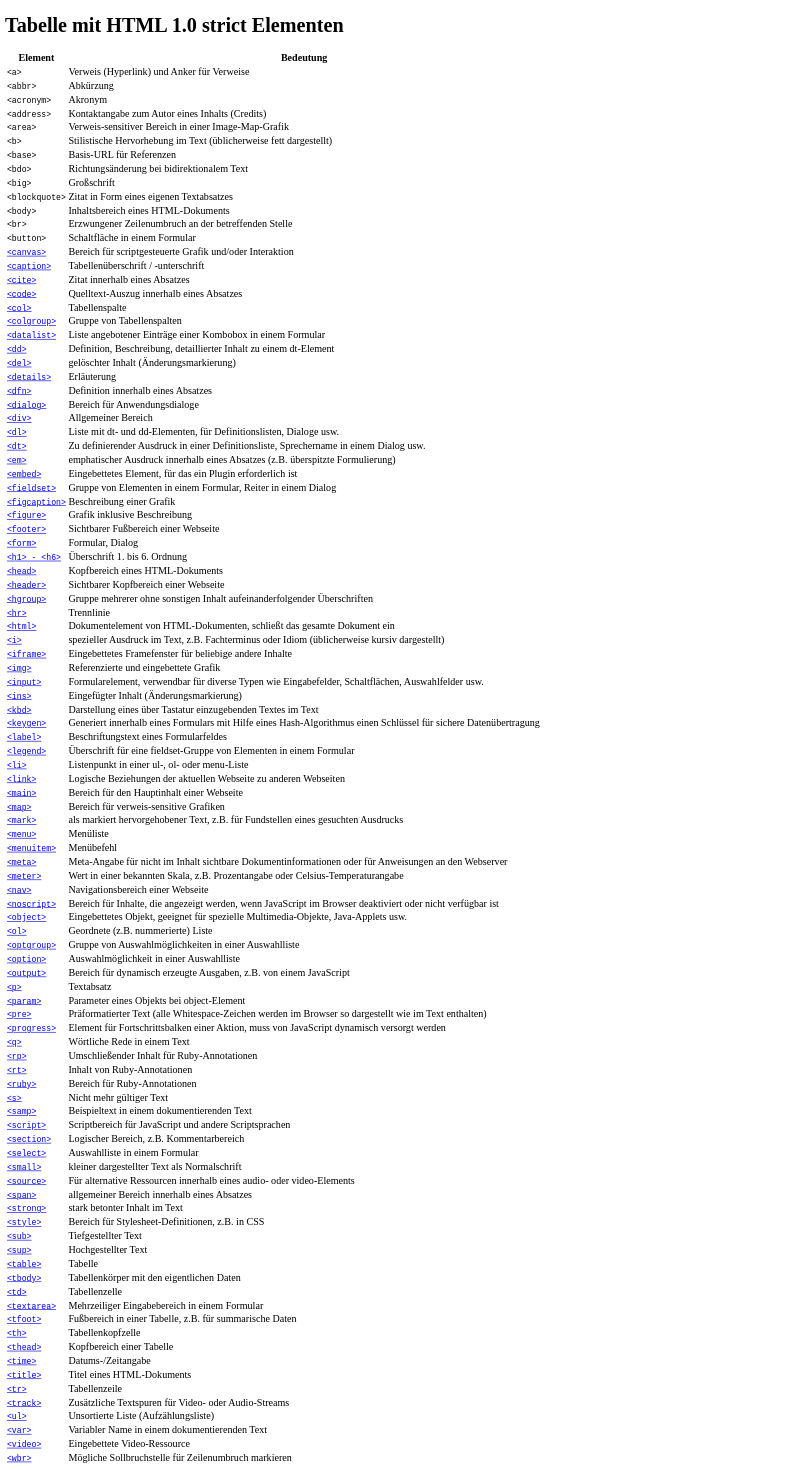
Repository: pLurchi/MyWebengineeringRepo
Page: RemoteSystemsTempFiles/HA-Kapitel06/WebContent/index.html
These files come from the project's save history. The page is drawn as it stood at one moment and after the next save; the edit follows.
The browser window is 1280 px wide. The pictures show the whole page, at 63% of full size.

Above is the page before, as saved 2013-11-28 16:58:28.

### RemoteSystemsTempFiles/HA-Kapitel06/WebContent/index.html
<?xml version="1.0" encoding="UTF-8" ?>
<!DOCTYPE html PUBLIC "-//W3C//DTD XHTML 1.0 Strict//EN" "http://www.w3.org/TR/xhtml1/DTD/xhtml1-strict.dtd">
<html xmlns="http://www.w3.org/1999/xhtml">
<head>
<meta http-equiv="Content-Type" content="text/html; charset=UTF-8" />
<title>HA-Kapitel06</title>
</head>
<body>

	<h1>Tabelle mit HTML 1.0 strict Elementen</h1>

	<table class="wiki-content-table">
		<tr>
			<th>Element</th>
			<th>Bedeutung</th>
		</tr>

		<tr>
			<td><tt>&lt;a&gt;</tt></td>
			<td>Verweis (Hyperlink) und Anker für Verweise</td>
		</tr>
		<tr>
			<td><tt>&lt;abbr&gt;</tt></td>
			<td>Abkürzung</td>
		</tr>
		<tr>
			<td><tt>&lt;acronym&gt;</tt></td>
			<td>Akronym</td>
		</tr>
		<tr>
			<td><tt>&lt;address&gt;</tt></td>
			<td>Kontaktangabe zum Autor eines Inhalts (Credits)</td>
		</tr>
		<tr>
			<td><tt>&lt;area&gt;</tt></td>
			<td>Verweis-sensitiver Bereich in einer Image-Map-Grafik</td>
		</tr>
		<tr>
			<td><tt>&lt;b&gt;</tt></td>
			<td>Stilistische Hervorhebung im Text (üblicherweise fett dargestellt)</td>
		</tr>
		<tr>
			<td><tt>&lt;base&gt;</tt></td>
			<td>Basis-URL für Referenzen</td>
		</tr>
		<tr>
			<td><tt>&lt;bdo&gt;</tt></td>
			<td>Richtungsänderung bei bidirektionalem Text</td>
		</tr>
		<tr>
			<td><tt>&lt;big&gt;</tt></td>
			<td>Großschrift</td>
		</tr>
		<tr>
			<td><tt>&lt;blockquote&gt;</tt></td>
			<td>Zitat in Form eines eigenen Textabsatzes</td>
		</tr>
		<tr>
			<td><tt>&lt;body&gt;</tt></td>
			<td>Inhaltsbereich eines HTML-Dokuments</td>
		</tr>
		<tr>
			<td><tt>&lt;br&gt;</tt></td>
			<td>Erzwungener Zeilenumbruch an der betreffenden Stelle</td>
		</tr>
		<tr>
			<td><tt>&lt;button&gt;</tt></td>
			<td>Schaltfläche in einem Formular</td>
		</tr>
<tr>
<td><tt><a href="/html-handbuch:html-elementreferenz-canvas">&lt;canvas&gt;</a></tt></td>
<td>Bereich für scriptgesteuerte Grafik und/oder Interaktion</td>
</tr>
<tr>
<td><tt><a href="/html-handbuch:html-elementreferenz-caption">&lt;caption&gt;</a></tt></td>
<td>Tabellenüberschrift / -unterschrift</td>
</tr>
<tr>
<td><tt><a href="/html-handbuch:html-elementreferenz-cite">&lt;cite&gt;</a></tt></td>
<td>Zitat innerhalb eines Absatzes</td>
</tr>
<tr>
<td><tt><a href="/html-handbuch:html-elementreferenz-code">&lt;code&gt;</a></tt></td>
<td>Quelltext-Auszug innerhalb eines Absatzes</td>
</tr>
<tr>
<td><tt><a href="/html-handbuch:html-elementreferenz-col">&lt;col&gt;</a></tt></td>
<td>Tabellenspalte</td>
</tr>
<tr>
<td><tt><a href="/html-handbuch:html-elementreferenz-colgroup">&lt;colgroup&gt;</a></tt></td>
<td>Gruppe von Tabellenspalten</td>
</tr>
<tr>
<td><tt><a href="/html-handbuch:html-elementreferenz-datalist">&lt;datalist&gt;</a></tt></td>
<td>Liste angebotener Einträge einer Kombobox in einem Formular</td>
</tr>
<tr>
<td><tt><a href="/html-handbuch:html-elementreferenz-dd">&lt;dd&gt;</a></tt></td>
<td>Definition, Beschreibung, detaillierter Inhalt zu einem dt-Element</td>
</tr>
<tr>
<td><tt><a href="/html-handbuch:html-elementreferenz-del">&lt;del&gt;</a></tt></td>
<td>gelöschter Inhalt (Änderungsmarkierung)</td>
</tr>
<tr>
<td><tt><a href="/html-handbuch:html-elementreferenz-details">&lt;details&gt;</a></tt></td>
<td>Erläuterung</td>
</tr>
<tr>
<td><tt><a href="/html-handbuch:html-elementreferenz-dfn">&lt;dfn&gt;</a></tt></td>
<td>Definition innerhalb eines Absatzes</td>
</tr>
<tr>
<td><tt><a class="newpage" href="/html-handbuch:html-elementreferenz-dialog">&lt;dialog&gt;</a></tt></td>
<td>Bereich für Anwendungsdialoge</td>
</tr>
<tr>
<td><tt><a href="/html-handbuch:html-elementreferenz-div">&lt;div&gt;</a></tt></td>
<td>Allgemeiner Bereich</td>
</tr>
<tr>
<td><tt><a href="/html-handbuch:html-elementreferenz-dl">&lt;dl&gt;</a></tt></td>
<td>Liste mit dt- und dd-Elementen, für Definitionslisten, Dialoge usw.</td>
</tr>
<tr>
<td><tt><a href="/html-handbuch:html-elementreferenz-dt">&lt;dt&gt;</a></tt></td>
<td>Zu definierender Ausdruck in einer Definitionsliste, Sprechername in einem Dialog usw.</td>
</tr>
<tr>
<td><tt><a href="/html-handbuch:html-elementreferenz-em">&lt;em&gt;</a></tt></td>
<td>emphatischer Ausdruck innerhalb eines Absatzes (z.B. überspitzte Formulierung)</td>
</tr>
<tr>
<td><tt><a href="/html-handbuch:html-elementreferenz-embed">&lt;embed&gt;</a></tt></td>
<td>Eingebettetes Element, für das ein Plugin erforderlich ist</td>
</tr>
<tr>
<td><tt><a href="/html-handbuch:html-elementreferenz-fieldset">&lt;fieldset&gt;</a></tt></td>
<td>Gruppe von Elementen in einem Formular, Reiter in einem Dialog</td>
</tr>
<tr>
<td><tt><a href="/html-handbuch:html-elementreferenz-figcaption">&lt;figcaption&gt;</a></tt></td>
<td>Beschreibung einer Grafik</td>
</tr>
<tr>
<td><tt><a href="/html-handbuch:html-elementreferenz-figure">&lt;figure&gt;</a></tt></td>
<td>Grafik inklusive Beschreibung</td>
</tr>
<tr>
<td><tt><a href="/html-handbuch:html-elementreferenz-footer">&lt;footer&gt;</a></tt></td>
<td>Sichtbarer Fußbereich einer Webseite</td>
</tr>
<tr>
<td><tt><a href="/html-handbuch:html-elementreferenz-form">&lt;form&gt;</a></tt></td>
<td>Formular, Dialog</td>
</tr>
<tr>
<td><tt><a href="/html-handbuch:html-elementreferenz-h1-h6">&lt;h1&gt; - &lt;h6&gt;</a></tt></td>
<td>Überschrift 1. bis 6. Ordnung</td>
</tr>
<tr>
<td><tt><a href="/html-handbuch:html-elementreferenz-head">&lt;head&gt;</a></tt></td>
<td>Kopfbereich eines HTML-Dokuments</td>
</tr>
<tr>
<td><tt><a href="/html-handbuch:html-elementreferenz-header">&lt;header&gt;</a></tt></td>
<td>Sichtbarer Kopfbereich einer Webseite</td>
</tr>
<tr>
<td><tt><a href="/html-handbuch:html-elementreferenz-hgroup">&lt;hgroup&gt;</a></tt></td>
<td>Gruppe mehrerer ohne sonstigen Inhalt aufeinanderfolgender Überschriften</td>
</tr>
<tr>
<td><tt><a href="/html-handbuch:html-elementreferenz-hr">&lt;hr&gt;</a></tt></td>
<td>Trennlinie</td>
</tr>
<tr>
<td><tt><a href="/html-handbuch:html-elementreferenz-html">&lt;html&gt;</a></tt></td>
<td>Dokumentelement von HTML-Dokumenten, schließt das gesamte Dokument ein</td>
</tr>
<tr>
<td><tt><a href="/html-handbuch:html-elementreferenz-i">&lt;i&gt;</a></tt></td>
<td>spezieller Ausdruck im Text, z.B. Fachterminus oder Idiom (üblicherweise kursiv dargestellt)</td>
</tr>
<tr>
<td><tt><a href="/html-handbuch:html-elementreferenz-iframe">&lt;iframe&gt;</a></tt></td>
<td>Eingebettetes Framefenster für beliebige andere Inhalte</td>
</tr>
<tr>
<td><tt><a href="/html-handbuch:html-elementreferenz-img">&lt;img&gt;</a></tt></td>
<td>Referenzierte und eingebettete Grafik</td>
</tr>
<tr>
<td><tt><a href="/html-handbuch:html-elementreferenz-input">&lt;input&gt;</a></tt></td>
<td>Formularelement, verwendbar für diverse Typen wie Eingabefelder, Schaltflächen, Auswahlfelder usw.</td>
</tr>
<tr>
<td><tt><a href="/html-handbuch:html-elementreferenz-ins">&lt;ins&gt;</a></tt></td>
<td>Eingefügter Inhalt (Änderungsmarkierung)</td>
</tr>
<tr>
<td><tt><a href="/html-handbuch:html-elementreferenz-kbd">&lt;kbd&gt;</a></tt></td>
<td>Darstellung eines über Tastatur einzugebenden Textes im Text</td>
</tr>
<tr>
<td><tt><a href="/html-handbuch:html-elementreferenz-keygen">&lt;keygen&gt;</a></tt></td>
<td>Generiert innerhalb eines Formulars mit Hilfe eines Hash-Algorithmus einen Schlüssel für sichere Datenübertragung</td>
</tr>
<tr>
<td><tt><a href="/html-handbuch:html-elementreferenz-label">&lt;label&gt;</a></tt></td>
<td>Beschriftungstext eines Formularfeldes</td>
</tr>
<tr>
<td><tt><a href="/html-handbuch:html-elementreferenz-legend">&lt;legend&gt;</a></tt></td>
<td>Überschrift für eine fieldset-Gruppe von Elementen in einem Formular</td>
</tr>
<tr>
<td><tt><a href="/html-handbuch:html-elementreferenz-li">&lt;li&gt;</a></tt></td>
<td>Listenpunkt in einer ul-, ol- oder menu-Liste</td>
</tr>
<tr>
<td><tt><a href="/html-handbuch:html-elementreferenz-link">&lt;link&gt;</a></tt></td>
<td>Logische Beziehungen der aktuellen Webseite zu anderen Webseiten</td>
</tr>
<tr>
<td><tt><a class="newpage" href="/html-handbuch:html-elementreferenz-main">&lt;main&gt;</a></tt></td>
<td>Bereich für den Hauptinhalt einer Webseite</td>
</tr>
<tr>
<td><tt><a href="/html-handbuch:html-elementreferenz-map">&lt;map&gt;</a></tt></td>
<td>Bereich für verweis-sensitive Grafiken</td>
</tr>
<tr>
<td><tt><a href="/html-handbuch:html-elementreferenz-mark">&lt;mark&gt;</a></tt></td>
<td>als markiert hervorgehobener Text, z.B. für Fundstellen eines gesuchten Ausdrucks</td>
</tr>
<tr>
<td><tt><a href="/html-handbuch:html-elementreferenz-menu">&lt;menu&gt;</a></tt></td>
<td>Menüliste</td>
</tr>
<tr>
<td><tt><a class="newpage" href="/html-handbuch:html-elementreferenz-menuitem">&lt;menuitem&gt;</a></tt></td>
<td>Menübefehl</td>
</tr>
<tr>
<td><tt><a href="/html-handbuch:html-elementreferenz-meta">&lt;meta&gt;</a></tt></td>
<td>Meta-Angabe für nicht im Inhalt sichtbare Dokumentinformationen oder für Anweisungen an den Webserver</td>
</tr>
<tr>
<td><tt><a href="/html-handbuch:html-elementreferenz-meter">&lt;meter&gt;</a></tt></td>
<td>Wert in einer bekannten Skala, z.B. Prozentangabe oder Celsius-Temperaturangabe</td>
</tr>
<tr>
<td><tt><a href="/html-handbuch:html-elementreferenz-nav">&lt;nav&gt;</a></tt></td>
<td>Navigationsbereich einer Webseite</td>
</tr>
<tr>
<td><tt><a href="/html-handbuch:html-elementreferenz-noscript">&lt;noscript&gt;</a></tt></td>
<td>Bereich für Inhalte, die angezeigt werden, wenn JavaScript im Browser deaktiviert oder nicht verfügbar ist</td>
</tr>
<tr>
<td><tt><a href="/html-handbuch:html-elementreferenz-object">&lt;object&gt;</a></tt></td>
<td>Eingebettetes Objekt, geeignet für spezielle Multimedia-Objekte, Java-Applets usw.</td>
</tr>
<tr>
<td><tt><a href="/html-handbuch:html-elementreferenz-ol">&lt;ol&gt;</a></tt></td>
<td>Geordnete (z.B. nummerierte) Liste</td>
</tr>
<tr>
<td><tt><a href="/html-handbuch:html-elementreferenz-optgroup">&lt;optgroup&gt;</a></tt></td>
<td>Gruppe von Auswahlmöglichkeiten in einer Auswahlliste</td>
</tr>
<tr>
<td><tt><a href="/html-handbuch:html-elementreferenz-option">&lt;option&gt;</a></tt></td>
<td>Auswahlmöglichkeit in einer Auswahlliste</td>
</tr>
<tr>
<td><tt><a href="/html-handbuch:html-elementreferenz-output">&lt;output&gt;</a></tt></td>
<td>Bereich für dynamisch erzeugte Ausgaben, z.B. von einem JavaScript</td>
</tr>
<tr>
<td><tt><a href="/html-handbuch:html-elementreferenz-p">&lt;p&gt;</a></tt></td>
<td>Textabsatz</td>
</tr>
<tr>
<td><tt><a href="/html-handbuch:html-elementreferenz-param">&lt;param&gt;</a></tt></td>
<td>Parameter eines Objekts bei object-Element</td>
</tr>
<tr>
<td><tt><a href="/html-handbuch:html-elementreferenz-pre">&lt;pre&gt;</a></tt></td>
<td>Präformatierter Text (alle Whitespace-Zeichen werden im Browser so dargestellt wie im Text enthalten)</td>
</tr>
<tr>
<td><tt><a href="/html-handbuch:html-elementreferenz-progress">&lt;progress&gt;</a></tt></td>
<td>Element für Fortschrittsbalken einer Aktion, muss von JavaScript dynamisch versorgt werden</td>
</tr>
<tr>
<td><tt><a href="/html-handbuch:html-elementreferenz-q">&lt;q&gt;</a></tt></td>
<td>Wörtliche Rede in einem Text</td>
</tr>
<tr>
<td><tt><a href="/html-handbuch:html-elementreferenz-rp">&lt;rp&gt;</a></tt></td>
<td>Umschließender Inhalt für Ruby-Annotationen</td>
</tr>
<tr>
<td><tt><a href="/html-handbuch:html-elementreferenz-rt">&lt;rt&gt;</a></tt></td>
<td>Inhalt von Ruby-Annotationen</td>
</tr>
<tr>
<td><tt><a href="/html-handbuch:html-elementreferenz-ruby">&lt;ruby&gt;</a></tt></td>
<td>Bereich für Ruby-Annotationen</td>
</tr>
<tr>
<td><tt><a class="newpage" href="/html-handbuch:html-elementreferenz-s">&lt;s&gt;</a></tt></td>
<td>Nicht mehr gültiger Text</td>
</tr>
<tr>
<td><tt><a href="/html-handbuch:html-elementreferenz-samp">&lt;samp&gt;</a></tt></td>
<td>Beispieltext in einem dokumentierenden Text</td>
</tr>
<tr>
<td><tt><a href="/html-handbuch:html-elementreferenz-script">&lt;script&gt;</a></tt></td>
<td>Scriptbereich für JavaScript und andere Scriptsprachen</td>
</tr>
<tr>
<td><tt><a href="/html-handbuch:html-elementreferenz-section">&lt;section&gt;</a></tt></td>
<td>Logischer Bereich, z.B. Kommentarbereich</td>
</tr>
<tr>
<td><tt><a href="/html-handbuch:html-elementreferenz-select">&lt;select&gt;</a></tt></td>
<td>Auswahlliste in einem Formular</td>
</tr>
<tr>
<td><tt><a href="/html-handbuch:html-elementreferenz-small">&lt;small&gt;</a></tt></td>
<td>kleiner dargestellter Text als Normalschrift</td>
</tr>
<tr>
<td><tt><a href="/html-handbuch:html-elementreferenz-source">&lt;source&gt;</a></tt></td>
<td>Für alternative Ressourcen innerhalb eines audio- oder video-Elements</td>
</tr>
<tr>
<td><tt><a href="/html-handbuch:html-elementreferenz-span">&lt;span&gt;</a></tt></td>
<td>allgemeiner Bereich innerhalb eines Absatzes</td>
</tr>
<tr>
<td><tt><a href="/html-handbuch:html-elementreferenz-strong">&lt;strong&gt;</a></tt></td>
<td>stark betonter Inhalt im Text</td>
</tr>
<tr>
<td><tt><a href="/html-handbuch:html-elementreferenz-style">&lt;style&gt;</a></tt></td>
<td>Bereich für Stylesheet-Definitionen, z.B. in CSS</td>
</tr>
<tr>
<td><tt><a href="/html-handbuch:html-elementreferenz-sub">&lt;sub&gt;</a></tt></td>
<td>Tiefgestellter Text</td>
</tr>
<tr>
<td><tt><a href="/html-handbuch:html-elementreferenz-sup">&lt;sup&gt;</a></tt></td>
<td>Hochgestellter Text</td>
</tr>
<tr>
<td><tt><a href="/html-handbuch:html-elementreferenz-table">&lt;table&gt;</a></tt></td>
<td>Tabelle</td>
</tr>
<tr>
<td><tt><a href="/html-handbuch:html-elementreferenz-tbody">&lt;tbody&gt;</a></tt></td>
<td>Tabellenkörper mit den eigentlichen Daten</td>
</tr>
<tr>
<td><tt><a href="/html-handbuch:html-elementreferenz-td">&lt;td&gt;</a></tt></td>
<td>Tabellenzelle</td>
</tr>
<tr>
<td><tt><a href="/html-handbuch:html-elementreferenz-textarea">&lt;textarea&gt;</a></tt></td>
<td>Mehrzeiliger Eingabebereich in einem Formular</td>
</tr>
<tr>
<td><tt><a href="/html-handbuch:html-elementreferenz-tfoot">&lt;tfoot&gt;</a></tt></td>
<td>Fußbereich in einer Tabelle, z.B. für summarische Daten</td>
</tr>
<tr>
<td><tt><a href="/html-handbuch:html-elementreferenz-th">&lt;th&gt;</a></tt></td>
<td>Tabellenkopfzelle</td>
</tr>
<tr>
<td><tt><a href="/html-handbuch:html-elementreferenz-thead">&lt;thead&gt;</a></tt></td>
<td>Kopfbereich einer Tabelle</td>
</tr>
<tr>
<td><tt><a href="/html-handbuch:html-elementreferenz-time">&lt;time&gt;</a></tt></td>
<td>Datums-/Zeitangabe</td>
</tr>
<tr>
<td><tt><a href="/html-handbuch:html-elementreferenz-title">&lt;title&gt;</a></tt></td>
<td>Titel eines HTML-Dokuments</td>
</tr>
<tr>
<td><tt><a href="/html-handbuch:html-elementreferenz-tr">&lt;tr&gt;</a></tt></td>
<td>Tabellenzeile</td>
</tr>
<tr>
<td><tt><a class="newpage" href="/html-handbuch:html-elementreferenz-track">&lt;track&gt;</a></tt></td>
<td>Zusätzliche Textspuren für Video- oder Audio-Streams</td>
</tr>
<tr>
<td><tt><a href="/html-handbuch:html-elementreferenz-ul">&lt;ul&gt;</a></tt></td>
<td>Unsortierte Liste (Aufzählungsliste)</td>
</tr>
<tr>
<td><tt><a href="/html-handbuch:html-elementreferenz-var">&lt;var&gt;</a></tt></td>
<td>Variabler Name in einem dokumentierenden Text</td>
</tr>
<tr>
<td><tt><a href="/html-handbuch:html-elementreferenz-video">&lt;video&gt;</a></tt></td>
<td>Eingebettete Video-Ressource</td>
</tr>
<tr>
<td><tt><a class="newpage" href="/html-handbuch:html-elementreferenz-wbr">&lt;wbr&gt;</a></tt></td>
<td>Mögliche Sollbruchstelle für Zeilenumbruch markieren</td>
</tr>
</table>


</body>
</html>

After the next save:
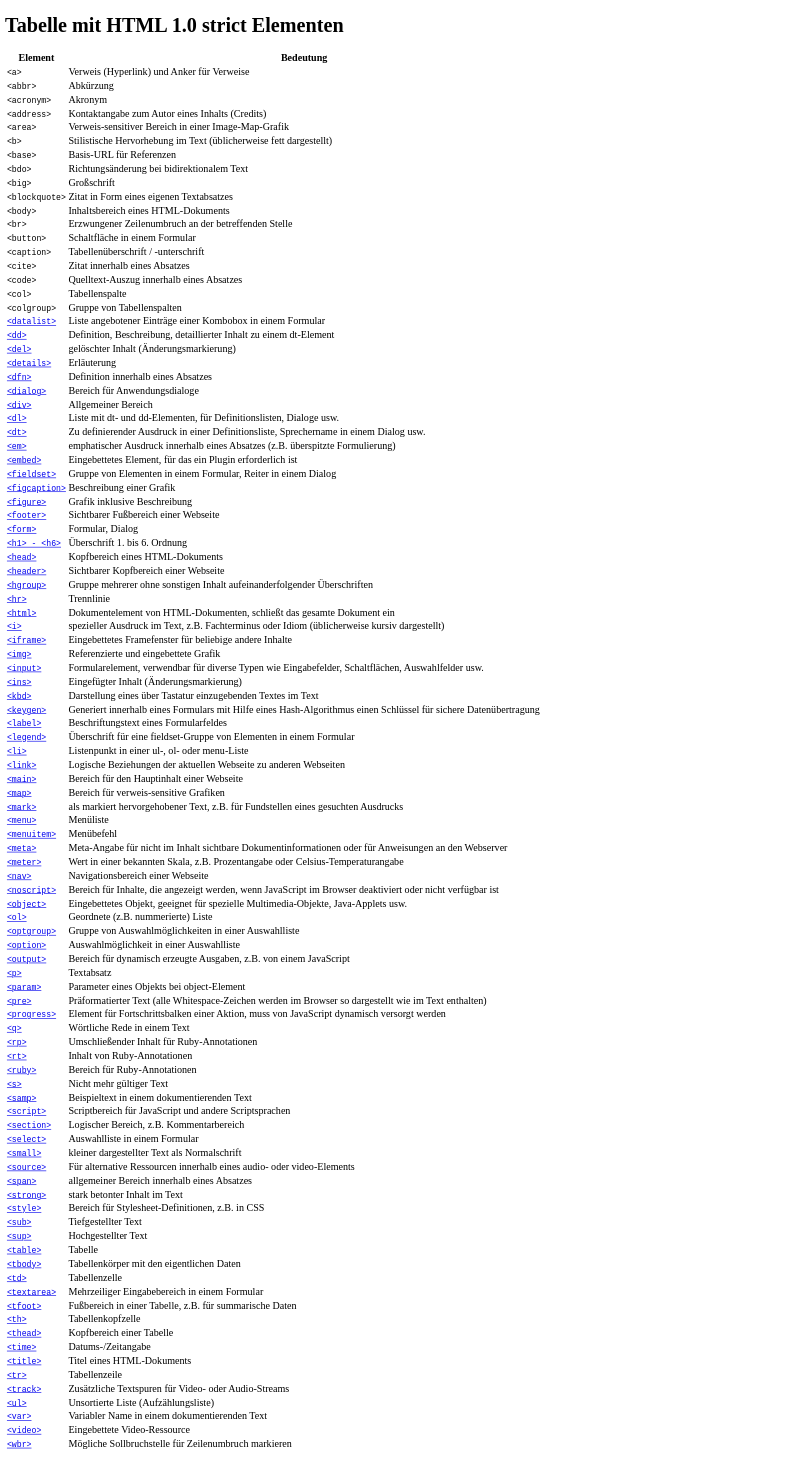
Saved 2 min 4 s later.
--- a/RemoteSystemsTempFiles/HA-Kapitel06/WebContent/index.html
+++ b/RemoteSystemsTempFiles/HA-Kapitel06/WebContent/index.html
@@ -67,30 +67,26 @@
 			<td><tt>&lt;button&gt;</tt></td>
 			<td>Schaltfläche in einem Formular</td>
 		</tr>
-<tr>
-<td><tt><a href="/html-handbuch:html-elementreferenz-canvas">&lt;canvas&gt;</a></tt></td>
-<td>Bereich für scriptgesteuerte Grafik und/oder Interaktion</td>
-</tr>
-<tr>
-<td><tt><a href="/html-handbuch:html-elementreferenz-caption">&lt;caption&gt;</a></tt></td>
-<td>Tabellenüberschrift / -unterschrift</td>
-</tr>
-<tr>
-<td><tt><a href="/html-handbuch:html-elementreferenz-cite">&lt;cite&gt;</a></tt></td>
-<td>Zitat innerhalb eines Absatzes</td>
-</tr>
-<tr>
-<td><tt><a href="/html-handbuch:html-elementreferenz-code">&lt;code&gt;</a></tt></td>
-<td>Quelltext-Auszug innerhalb eines Absatzes</td>
-</tr>
-<tr>
-<td><tt><a href="/html-handbuch:html-elementreferenz-col">&lt;col&gt;</a></tt></td>
-<td>Tabellenspalte</td>
-</tr>
-<tr>
-<td><tt><a href="/html-handbuch:html-elementreferenz-colgroup">&lt;colgroup&gt;</a></tt></td>
-<td>Gruppe von Tabellenspalten</td>
-</tr>
+		<tr>
+			<td><tt>&lt;caption&gt;</tt></td>
+			<td>Tabellenüberschrift / -unterschrift</td>
+		</tr>
+		<tr>
+			<td><tt>&lt;cite&gt;</tt></td>
+			<td>Zitat innerhalb eines Absatzes</td>
+		</tr>
+		<tr>
+			<td><tt>&lt;code&gt;</tt></td>
+			<td>Quelltext-Auszug innerhalb eines Absatzes</td>
+		</tr>
+		<tr>
+			<td><tt>&lt;col&gt;</tt></td>
+			<td>Tabellenspalte</td>
+		</tr>
+		<tr>
+			<td><tt>&lt;colgroup&gt;</tt></td>
+			<td>Gruppe von Tabellenspalten</td>
+		</tr>
 <tr>
 <td><tt><a href="/html-handbuch:html-elementreferenz-datalist">&lt;datalist&gt;</a></tt></td>
 <td>Liste angebotener Einträge einer Kombobox in einem Formular</td>
